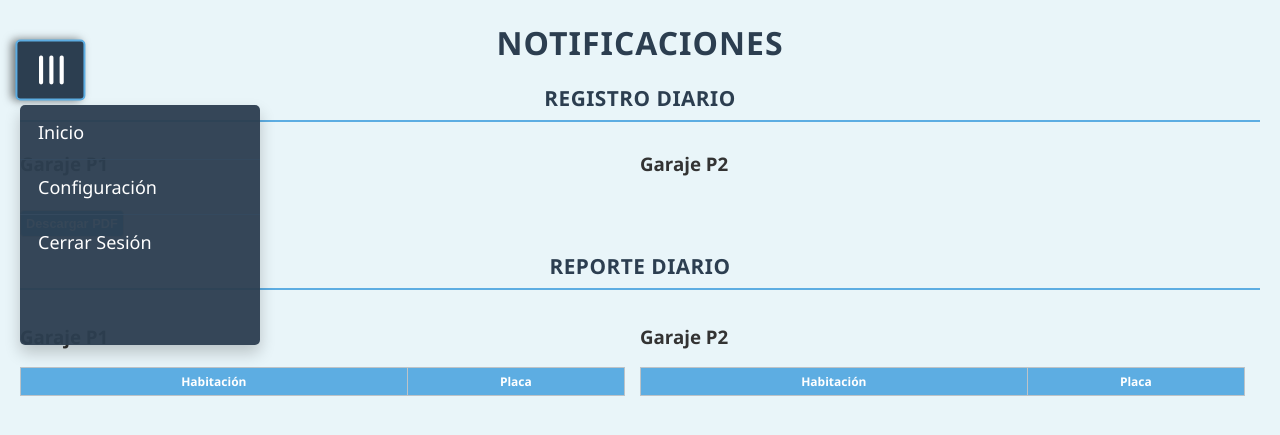
Repository: EddyWebz/base-datos
Page: privado/report.html
These files come from the project's save history. The page is drawn as it stood at one moment and after the next save; the edit follows.
The browser window is 1280 px wide. The pictures show the whole page.
After loading, the first visible `button.menu-icon` was clicked once.
The page's requests for data from a server got no answer.

Above is the page before, as saved 2024-08-29 17:59:05.

After the next save:
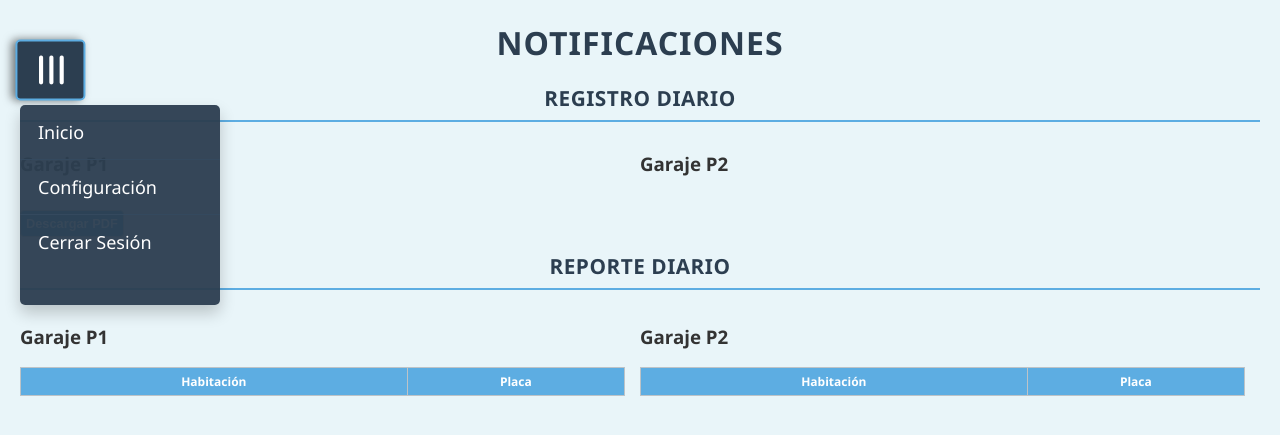
Saved 5 min 22 s later.
--- a/BASE-2/notif.css
+++ b/BASE-2/notif.css
@@ -188,28 +188,27 @@ button:hover {
         padding: 14px;
         font-size: 33px;
     }
-
     .dropdown-content {
-        min-width: 240px;
-        min-height: 240px;
-        transform: translateY(-20px); /* Mantén la posición correcta en estado inicial */
-    }
+        min-width: 240px; /* Aumentar el ancho del menú */
+
+    }
+
     .dropdown-content.show a {
         padding: 15px 18px; /* Aumentar padding de los enlaces */
         font-size: 18px; /* Aumentar tamaño de la fuente */
     }
     .dropdown-content.show {
+        opacity: 1;
+        visibility: visible;
         transform: translateY(0);
-        min-width: 240px; /* Asegura el tamaño correcto */
-        min-height: 240px;
-    }
-
+        min-width: 200px; /* Aumentar el ancho del menú */
+        min-height: 200px;
+    }
+    /* Añadir clase para la animación de salida */
     .dropdown-content.hide {
         opacity: 0;
         visibility: hidden;
-        transform: translateY(-20px); /* Se asegura que no haya "salto" */
-        min-width: 240px; /* Asegura el tamaño correcto durante la salida */
-        min-height: 240px;
+        transform: translateY(-20px);
     }
 }
 
@@ -224,12 +223,6 @@ button:hover {
 }
 
 /* Estilo del contenido desplegable con animación */
-.dropdown-content, .dropdown-content.show, .dropdown-content.hide {
-    transition: opacity 0.6s cubic-bezier(0.4, 0.0, 0.2, 1),
-                transform 0.6s cubic-bezier(0.4, 0.0, 0.2, 1),
-                visibility 0.6s;
-}
-
 .dropdown-content {
     position: absolute;
     left: 0;
@@ -242,6 +235,9 @@ button:hover {
     opacity: 0;
     visibility: hidden;
     transform: translateY(-20px);
+    transition: opacity 0.6s cubic-bezier(0.4, 0.0, 0.2, 1),
+                transform 0.6s cubic-bezier(0.4, 0.0, 0.2, 1),
+                visibility 0.6s;
 }
 
 .dropdown-content.show {
@@ -271,7 +267,7 @@ button:hover {
 /* Animaciones */
 @keyframes fadeIn {
     0% { opacity: 0; }
-     100% { opacity: 1; }
+    100% { opacity: 1; }
 }
 
 @keyframes slideInUp {
@@ -294,8 +290,6 @@ button:hover {
 
     #reportes h2, #reportes h3 {
         color: black; /* Asegura que los títulos sean visibles */
-        margin: 0;
-        padding: 0;
     }
 
     #reportes table {
@@ -306,10 +300,10 @@ button:hover {
     /* Reducir tamaño de fuente y padding en celdas */
     #reportes th, #reportes td {
         border: 1px solid #000;
-        padding: 2px; /* Reducir padding para más contenido por página */
+        padding: 0px;
         text-align: center;
         height: 6px;
-        font-size: 12px;
+        font-size: 10px;
         background-color: white;
         color: black;
     }
